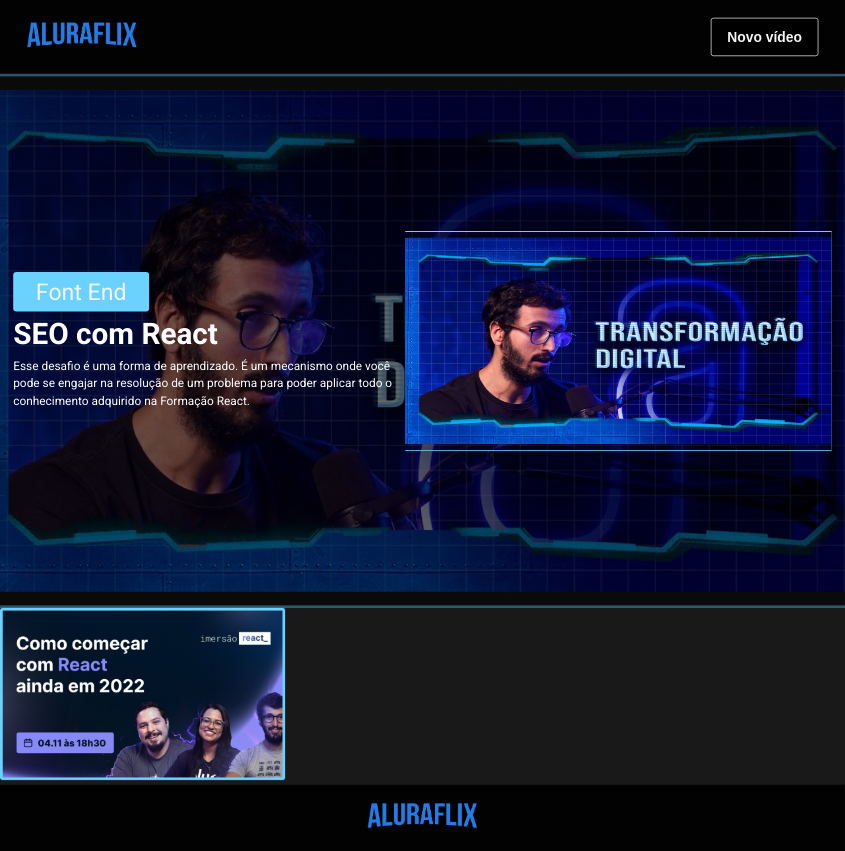
Repository: CarlosEduardoVdeOliveira/aluraflix
Page: /
An editor plug-in stored every save of this project. The page is shown before and after the next save, followed by the edit.
The browser window is 1280 px wide. The pictures show the whole page, at 66% of full size.
The project was rebuilt for these pictures with package versions that can differ from the ones it lists, and the page was loaded fresh each time. Also part of the build but not shown: vite.config.js, src/components/Card/Card.module.css, src/pages/RegisterVideo/index.jsx, src/pages/RegisterCategory/index.jsx.

Above is the page before, as saved 2023-09-20 13:58:58.

After the next save:
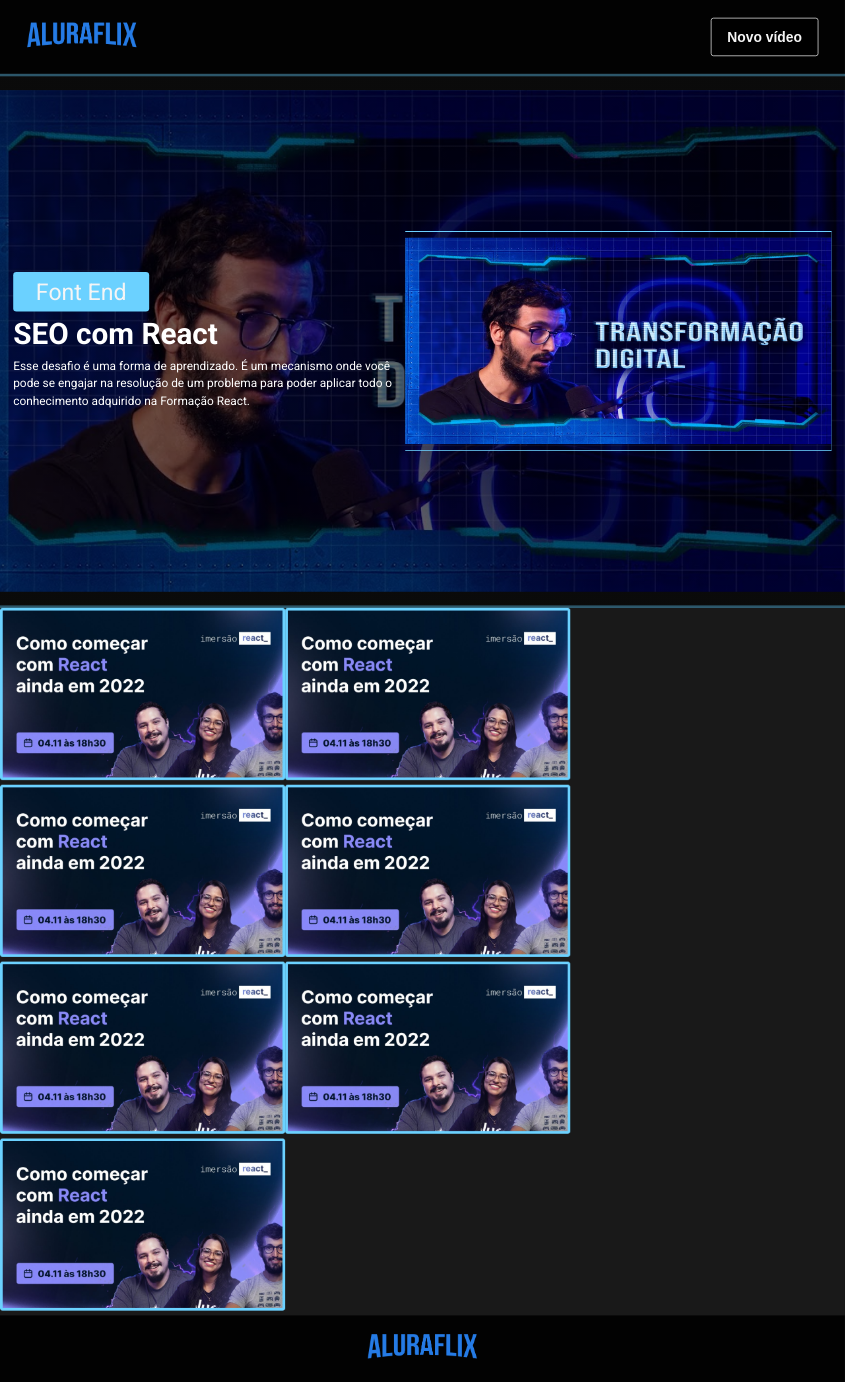
Saved 31 s later.
--- a/src/components/Card/index.jsx
+++ b/src/components/Card/index.jsx
@@ -8,6 +8,24 @@ export default function Card({border}) {
       <Link to="#" style={{border:border}}>
         <img src={initReact} alt="teste" />
       </Link>
+      <Link to="#" style={{border:border}}>
+        <img src={initReact} alt="teste" />
+      </Link>
+      <Link to="#" style={{border:border}}>
+        <img src={initReact} alt="teste" />
+      </Link>
+      <Link to="#" style={{border:border}}>
+        <img src={initReact} alt="teste" />
+      </Link>
+      <Link to="#" style={{border:border}}>
+        <img src={initReact} alt="teste" />
+      </Link>
+      <Link to="#" style={{border:border}}>
+        <img src={initReact} alt="teste" />
+      </Link>
+      <Link to="#" style={{border:border}}>
+        <img src={initReact} alt="teste" />
+      </Link>
     </section>
   )
 }
